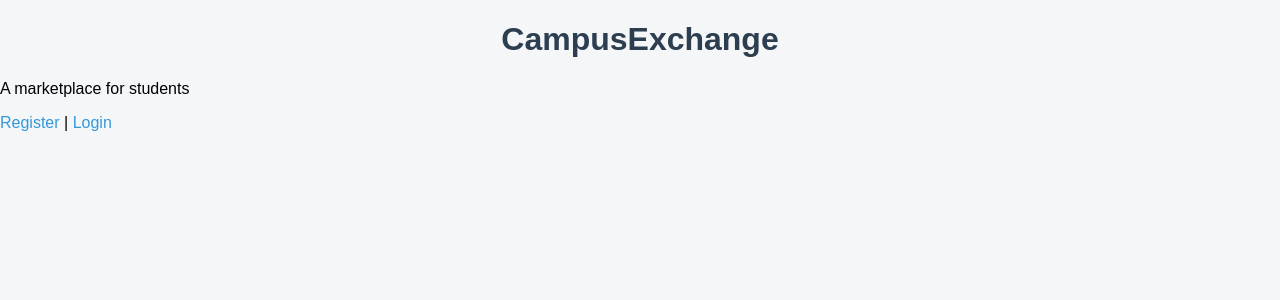
Repository: Sanjaya1822/Campus-Exchange
Page: http://localhost/CampusExchange/
The author's editor kept a copy of each file at every save. The page is drawn from the files as they stood at one save, then again after the next save.
The browser window is 1280 px wide. The pictures show the whole page.
The page is served by Tomcat 9.

Above is the page before, as saved 2026-01-30 17:33:03.

After the next save:
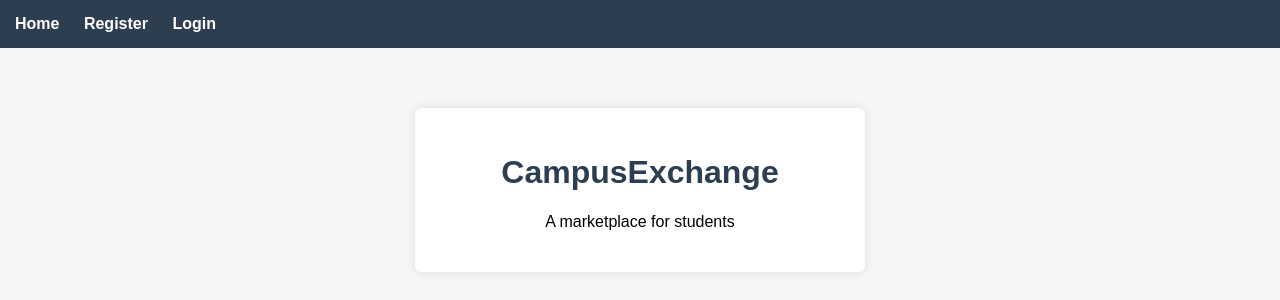
Saved 24 s later.
--- a/CampusExchange/src/main/webapp/index.jsp
+++ b/CampusExchange/src/main/webapp/index.jsp
@@ -7,10 +7,18 @@
 
 </head>
 <body>
+
+<div class="navbar">
+    <a href="index.jsp">Home</a>
+    <a href="register.jsp">Register</a>
+    <a href="login.jsp">Login</a>
+</div>
+
+<div class="container">
     <h1>CampusExchange</h1>
-    <p>A marketplace for students</p>
+    <p style="text-align:center;">A marketplace for students</p>
+</div>
 
-    <a href="register.jsp">Register</a> |
-    <a href="login.jsp">Login</a>
 </body>
+
 </html>
